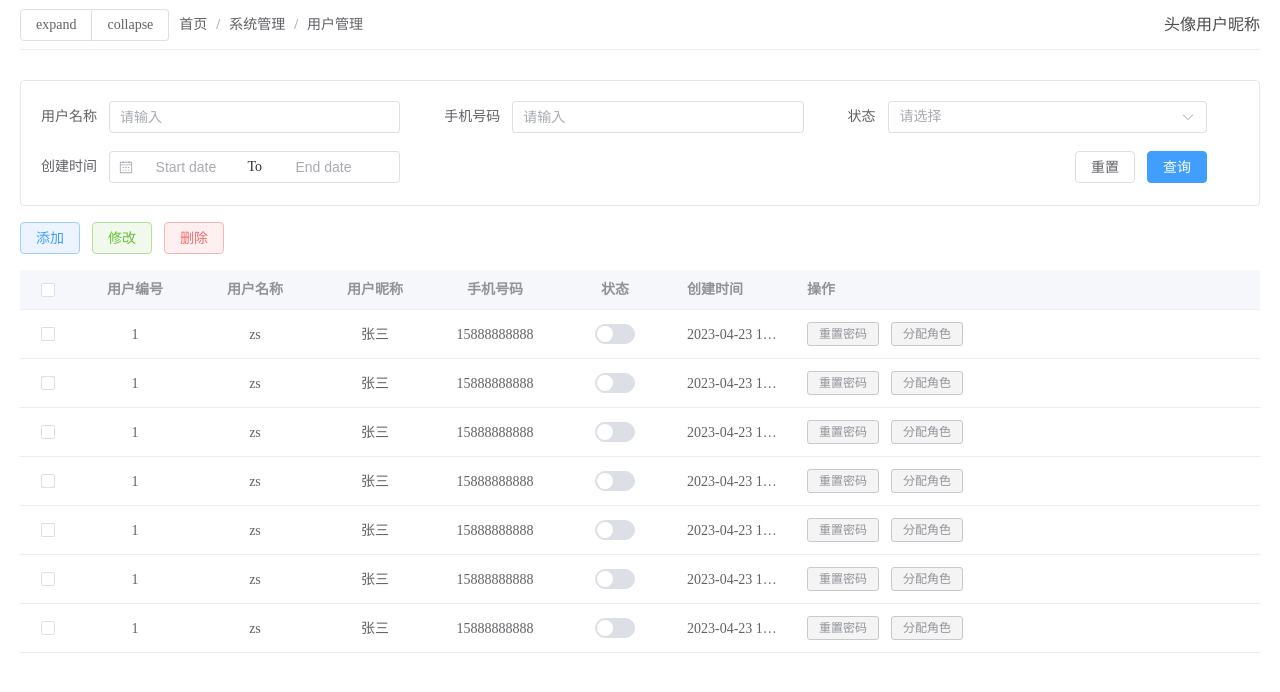
Repository: 202100202078/SignInBox
Page: /admin/system/user
The author's editor kept a copy of each file at every save. The page is drawn from the files as they stood at one save, then again after the next save.
The browser window is 1280 px wide. The pictures show the whole page.
The project was rebuilt for these pictures with package versions that can differ from the ones it lists, and the page was loaded fresh each time. Also part of the build but not shown: vite.config.js, src/components/PageFooter.vue, src/components/TableLayout.vue, src/components/ToolTip.vue, src/assets/fonts/iconfont/iconfont.js.

Above is the page before, as saved 2024-01-29 18:50:52.

### src/components/FilterLayout.vue
<script setup>
defineProps({
  label1: String,
  label2: String,
  defaultShow1: {
    type: Boolean,
    default: true
  },
  defaultShow2: {
    type: Boolean,
    default: true
  },
  isShow: Boolean,
  showCollapse: Boolean
})
const emit = defineEmits(['reset', 'query', 'trigger'])
//暴露重置方法和查询方法以及展开
const reset = () => {
  //获取form对象重置数据即可
  //通知父级reset数据
  emit('reset')
}
const query = () => {
  //通知父级进行筛选数据
  emit('query')
}
const trigger = () => {
  //通知父级进行表单的展示/隐藏
  emit('trigger')
}
// defineExpose({
//   reset,
//   query,
//   trigger
// })
</script>

<template>
  <div class="filter-card">
    <el-card shadow="never" :body-style="{ 'padding-bottom': '4px' }">
      <el-form :inline="true">
        <el-form-item :label="label1" v-if="defaultShow1">
          <el-input placeholder="请输入"></el-input>
        </el-form-item>
        <el-form-item :label="label2" v-if="defaultShow2">
          <el-input placeholder="请输入"></el-input>
        </el-form-item>
        <slot></slot>
        <el-form-item class="btns">
          <el-button @click="reset">重置</el-button>
          <el-button type="primary" @click="query">查询</el-button>
          <span class="trigger" @click="trigger" v-if="showCollapse"
            >展开
            <span
              :class="{
                iconfont: true,
                'icon-xiala': !isShow,
                'icon-shouqi': isShow
              }"
            ></span
          ></span>
        </el-form-item>
      </el-form>
    </el-card>
  </div>
</template>

<style lang="scss" scoped>
.filter-card {
  margin-bottom: 16px;
  width: 1240px;
  .el-form {
    display: flex;
    justify-content: space-between;
    align-items: center;
    flex-wrap: wrap;
    .el-form-item {
      width: 30%;
      .el-select {
        width: 100%;
      }
    }
    .btns {
      :deep .el-form-item__content {
        display: flex;
        justify-content: flex-end;
        .trigger {
          margin-left: 12px;
          color: #409eff;
          cursor: pointer;
          transition: all 0.3s;
          &:hover {
            color: #79bbff;
          }
        }
      }
    }
  }
}
</style>

### src/assets/style/base.scss
* {
  margin: 0px;
  padding: 0px;
  box-sizing: border-box;
}

.icon {
  width: 1em;
  height: 1em;
  vertical-align: -0.15em;
  fill: currentColor;
  overflow: hidden;
}

.el-menu {
  border:0!important;
}

ul {
  list-style:none;
}

li {
  list-style-type:none;
}

a {
	text-decoration: none; /* 去除默认的下划线 */
	outline: none;	/* 去除旧版浏览器的点击后的外虚线框 */
	color: #000;	/* 去除默认的颜色和点击后变化的颜色 */
}

// 阿里字体图标设置
.icon, .iconfont {
  font-family:"iconfont" !important;
  font-size:16px;
  font-style:normal;
  -webkit-font-smoothing: antialiased;
  -webkit-text-stroke-width: 0.2px;
  -moz-osx-font-smoothing: grayscale;
}

### src/assets/fonts/iconfont/iconfont.css
@font-face {
  font-family: "iconfont"; /* Project id 4345534 */
  src: url('iconfont.woff2?t=1703642635456') format('woff2'),
       url('iconfont.woff?t=1703642635456') format('woff'),
       url('iconfont.ttf?t=1703642635456') format('truetype');
}

.iconfont {
  font-family: "iconfont" !important;
  font-size: 16px;
  font-style: normal;
  -webkit-font-smoothing: antialiased;
  -moz-osx-font-smoothing: grayscale;
}

.icon-yunyingbaobiao:before {
  content: "\e620";
}

.icon-jiekou1:before {
  content: "\e694";
}

.icon-jiaoseguanli:before {
  content: "\e618";
}

.icon-dingshirenwu:before {
  content: "\e651";
}

.icon-daimashengcheng:before {
  content: "\e636";
}

.icon-a-Icon-line-hamburger-right1x:before {
  content: "\e84c";
}

.icon-a-Icon-line-hamburger-left1x:before {
  content: "\e84d";
}

.icon-a-shujujiankong2:before {
  content: "\e628";
}

.icon-a-zaixianyonghu2:before {
  content: "\e629";
}

.icon-shouqi:before {
  content: "\e6b8";
}

.icon-xiala:before {
  content: "\e6b9";
}

.icon-gantanhao-quan:before {
  content: "\e70f";
}

.icon-yuandianxiao:before {
  content: "\e757";
}

.icon-duihao:before {
  content: "\eaf1";
}

.icon-fuzhi:before {
  content: "\ec7a";
}

.icon-shuaxin:before {
  content: "\e8b9";
}

.icon-shezhi:before {
  content: "\e642";
}

.icon-midutu:before {
  content: "\e749";
}

.icon-wodedingdan:before {
  content: "\e655";
}

.icon-admin-manage:before {
  content: "\e60e";
}

.icon-xiaolian:before {
  content: "\e8ab";
}

.icon-chongzhi:before {
  content: "\e60b";
}

.icon-jiekou:before {
  content: "\e607";
}

.icon-4_square_solid:before {
  content: "\e64d";
}

.icon-1_square_solid:before {
  content: "\e64e";
}

.icon-5_square_solid:before {
  content: "\e64c";
}

.icon-3_square_solid:before {
  content: "\e64f";
}

.icon-2_square_solid:before {
  content: "\e650";
}

### src/views/admin/layout/SystemPage.vue
<script setup>
import { useRouter } from 'vue-router'
import { useUserStore } from '@/stores/modules/user.js'
import MySlider from './conponents/MySlider.vue'
const userStore = useUserStore()
const router = useRouter()

const handleAvatarCommand = async (command) => {
  //如果是退出登录需要清除本地用户信息
  // console.log('清除本地用户信息')
  if (command === '/login') {
    await ElMessageBox.confirm('你确认退出登录吗？', '温馨提示', {
      type: 'warning',
      confirmButtonText: '确认',
      cancelButtonText: '取消'
    })
    userStore.setToken('')
    // userStore.setUser({})
    // router.push(`/login`)
  } else {
    // router.push(`/user/${command}`)
  }
  router.push(command)
}

// Tab标签相关
// let tabIndex = 2
// const editableTabsValue = ref('2')
// const editableTabs = ref([
//   {
//     title: 'Tab 1',
//     name: '1',
//     content: 'Tab 1 content'
//   },
//   {
//     title: 'Tab 2',
//     name: '2',
//     content: 'Tab 2 content'
//   }
// ])

// const handleTabsEdit = (targetName, action) => {
//   if (action === 'add') {
//     const newTabName = `${++tabIndex}`
//     editableTabs.value.push({
//       title: 'New Tab',
//       name: newTabName,
//       content: 'New Tab content'
//     })
//     editableTabsValue.value = newTabName
//   } else if (action === 'remove') {
//     const tabs = editableTabs.value
//     let activeName = editableTabsValue.value
//     if (activeName === targetName) {
//       tabs.forEach((tab, index) => {
//         if (tab.name === targetName) {
//           const nextTab = tabs[index + 1] || tabs[index - 1]
//           if (nextTab) {
//             activeName = nextTab.name
//           }
//         }
//       })
//     }

//     editableTabsValue.value = activeName
//     editableTabs.value = tabs.filter((tab) => tab.name !== targetName)
//   }
// }
</script>

<template>
  <div class="system-layout">
    <el-container style="height: 100%">
      <el-container>
        <el-header>
          <div class="header-top">
            <div class="header-top-left">
              <el-radio-group v-model="isCollapse" class="collapseBtns">
                <el-radio-button :label="false">expand</el-radio-button>
                <el-radio-button :label="true">collapse</el-radio-button>
              </el-radio-group>
              <el-breadcrumb separator="/">
                <el-breadcrumb-item
                  v-for="(item, index) in $route.meta.breadInfo"
                  :key="index"
                  >{{ item }}</el-breadcrumb-item
                >
              </el-breadcrumb>
            </div>
            <div class="header-top-right">
              <el-dropdown @command="handleAvatarCommand">
                <span class="el-dropdown-link">
                  <span>头像</span>
                  <span>用户昵称</span>
                </span>
                <template #dropdown>
                  <el-dropdown-menu>
                    <el-dropdown-item command="/home/user"
                      >个人中心</el-dropdown-item
                    >
                    <el-dropdown-item command="/login"
                      >退出登录</el-dropdown-item
                    >
                  </el-dropdown-menu>
                </template>
              </el-dropdown>
            </div>
          </div>
          <!-- <div class="header-bottom">
            <el-tabs
              v-model="editableTabsValue"
              type="card"
              editable
              class="my-tabs"
              @edit="handleTabsEdit"
            >
              <el-tab-pane label="首页" :closeable="false">32444444444444</el-tab-pane>
              <el-tab-pane
                v-for="item in editableTabs"
                :key="item.name"
                :label="item.title"
                :name="item.name"
              >
                {{ item.content }}
              </el-tab-pane>
            </el-tabs>
          </div> -->
        </el-header>
        <el-main>
          <router-view></router-view>
        </el-main>
      </el-container>
    </el-container>
  </div>
</template>

<style lang="scss" scoped>
.system-layout {
  height: 100vh;
  .el-aside {
    transition: all 0.5s;
  }
  .system-layout-aside {
    height: 100%;
    .logo-show {
      height: 50px;
      text-align: center;
      cursor: pointer;
      .logo {
        margin-right: 4px;
        width: 28px;
        vertical-align: middle;
      }
      .title {
        display: inline-block;
        font-size: 14px;
        line-height: 50px;
        font-weight: 600;
        vertical-align: middle;
        color: #fff;
      }
    }
  }

  .header-top {
    height: 50px;
    display: flex;
    justify-content: space-between;
    align-items: center;
    border-bottom: 1px solid #eee;
    .header-top-left {
      display: flex;
      align-items: center;
      .collapseBtns {
        margin-right: 10px;
      }
    }
    .header-top-right {
      margin-left: 6px;
      display: flex;
      align-items: center;
      font-size: 16px;
      border-radius: 6px;
      height: 56px;
      line-height: 56px;
      &:hover {
        background-color: rgba(0, 0, 0, 0.1);
        color: rgba(0, 0, 0, 1);
        transition: color 0.3s;
      }
      .el-dropdown {
        :deep(:focus-visible) {
          outline: none;
        }
        .el-dropdown-link {
          cursor: pointer;
          color: rgba(0, 0, 0, 0.7);
          font-size: 16px;
          display: flex;
          align-items: center;
        }
      }
    }
  }
}
.icon {
  vertical-align: middle;
  margin-right: 5px;
  width: 24px;
  text-align: center;
  font-size: 18px;
  color: #fff;
}
</style>

### src/views/admin/system/components/MyDialog.vue
<script setup>
import { ref } from 'vue'
const dialogFormVisible = ref(false)

const props = defineProps({
  title: String
})

const open = () => {
  dialogFormVisible.value = true
}

const confirm = () => {
  dialogFormVisible.value = false
  console.log(props.title)
  if (props.title === '添加菜单') {
    emit('onAddConfirm')
  } else if (props.title === '编辑菜单') {
    emit('onEditConfirm')
  } else if (props.title === '添加子菜单') {
    emit('onAddChildConfirm')
  }
}

const emit = defineEmits(['onConfirm'])

defineExpose({
  open
})
</script>

<template>
  <el-dialog v-model="dialogFormVisible" :title="title" align-center>
    <slot name="form">
      <div>我是内部表单</div>
    </slot>
    <template #footer>
      <span class="dialog-footer">
        <el-button @click="dialogFormVisible = false">Cancel</el-button>
        <el-button type="primary" @click="confirm"> Confirm </el-button>
      </span>
    </template>
  </el-dialog>
</template>

### src/views/admin/layout/conponents/MySlider.vue
<script setup>
import { useRoute } from 'vue-router'
import { ref } from 'vue'
import { onMounted } from 'vue'
const route = useRoute()

const isCollapse = ref(false)
const activeIndex = ref('')

onMounted(() => {
  // 页面刷新使得侧边栏为当前激活路由
  activeIndex.value = route.path
})
</script>

<template>
  <el-aside
    width="200px"
    :style="{ width: isCollapse ? '64px' : '200px' }"
    class="el-aside"
  >
    <div
      :style="{
        backgroundColor: variables.menuBackground
      }"
      class="system-layout-aside"
    >
      <div
        class="logo-show"
        :style="{
          'padding-top': isCollapse ? '16px' : '0',
          transition: '1.5s'
        }"
      >
        <a @click="$router.replace('/admin/index')">
          <img src="@/assets/avg/logo.svg" alt="logo" class="logo" />
          <h1
            class="title"
            :style="{
              opacity: isCollapse ? 0 : 1,
              transition: '0.5s',
              color: isCollapse ? '#545c64' : '#fff'
            }"
          >
            API-BOX管理系统
          </h1>
        </a>
      </div>
      <el-menu
        active-text-color="#ffd04b"
        background-color="#545c64"
        class="el-menu-vertical-demo"
        :default-active="activeIndex"
        text-color="#fff"
        @open="handleOpen"
        @close="handleClose"
        :collapse="isCollapse"
        :unique-opened="true"
        router
      >
        <el-menu-item index="/admin/index">
          <el-icon><House /></el-icon>
          <span>首页</span>
        </el-menu-item>
        <el-sub-menu index="2">
          <template #title>
            <el-icon><Setting /></el-icon>
            <span>系统管理</span>
          </template>
          <el-menu-item index="/admin/system/user">
            <el-icon><User /></el-icon>
            <span>用户管理</span>
          </el-menu-item>
          <el-menu-item index="/admin/system/role">
            <svg class="icon" aria-hidden="true">
              <use xlink:href="#icon-jiaoseguanli"></use>
            </svg>
            <span>角色管理</span>
          </el-menu-item>
          <el-menu-item index="/admin/system/menu">
            <svg class="icon" aria-hidden="true">
              <use xlink:href="#icon-yunyingbaobiao"></use>
            </svg>
            <span>菜单管理</span>
          </el-menu-item>
        </el-sub-menu>
        <el-sub-menu index="3">
          <template #title>
            <el-icon><Odometer /></el-icon>
            <span>系统监控</span>
          </template>
          <el-menu-item index="3-1">
            <svg class="icon" aria-hidden="true">
              <use xlink:href="#icon-a-zaixianyonghu2"></use>
            </svg>
            <span>在线用户</span>
          </el-menu-item>
          <el-menu-item index="3-2">
            <svg class="icon" aria-hidden="true">
              <use xlink:href="#icon-dingshirenwu"></use>
            </svg>
            <span>定时任务</span>
          </el-menu-item>
          <el-menu-item index="3-3">
            <svg class="icon" aria-hidden="true">
              <use xlink:href="#icon-a-shujujiankong2"></use>
            </svg>
            <span>数据监控</span>
          </el-menu-item>
        </el-sub-menu>
        <el-sub-menu index="4">
          <template #title>
            <el-icon><FirstAidKit /></el-icon>
            <span>系统工具</span>
          </template>
          <el-menu-item index="4-1">
            <svg class="icon" aria-hidden="true">
              <use xlink:href="#icon-yunyingbaobiao"></use>
            </svg>
            <span>表单构建</span>
          </el-menu-item>
          <el-menu-item index="4-3">
            <svg class="icon" aria-hidden="true">
              <use xlink:href="#icon-jiekou1"></use>
            </svg>
            <span>系统接口</span>
          </el-menu-item>
        </el-sub-menu>
      </el-menu>
    </div>
  </el-aside>
</template>

<style scoped lang="scss"></style>

Loaded but not shown: index.html (common file); src/App.vue (common file); src/router/index.js (128 lines, source omitted); src/main.js (20 lines, source omitted); src/stores/modules/user.js (22 lines, source omitted); src/stores/index.js (10 lines, source omitted); src/views/admin/system/UserManagement.vue (289 lines, source omitted)

After the next save:
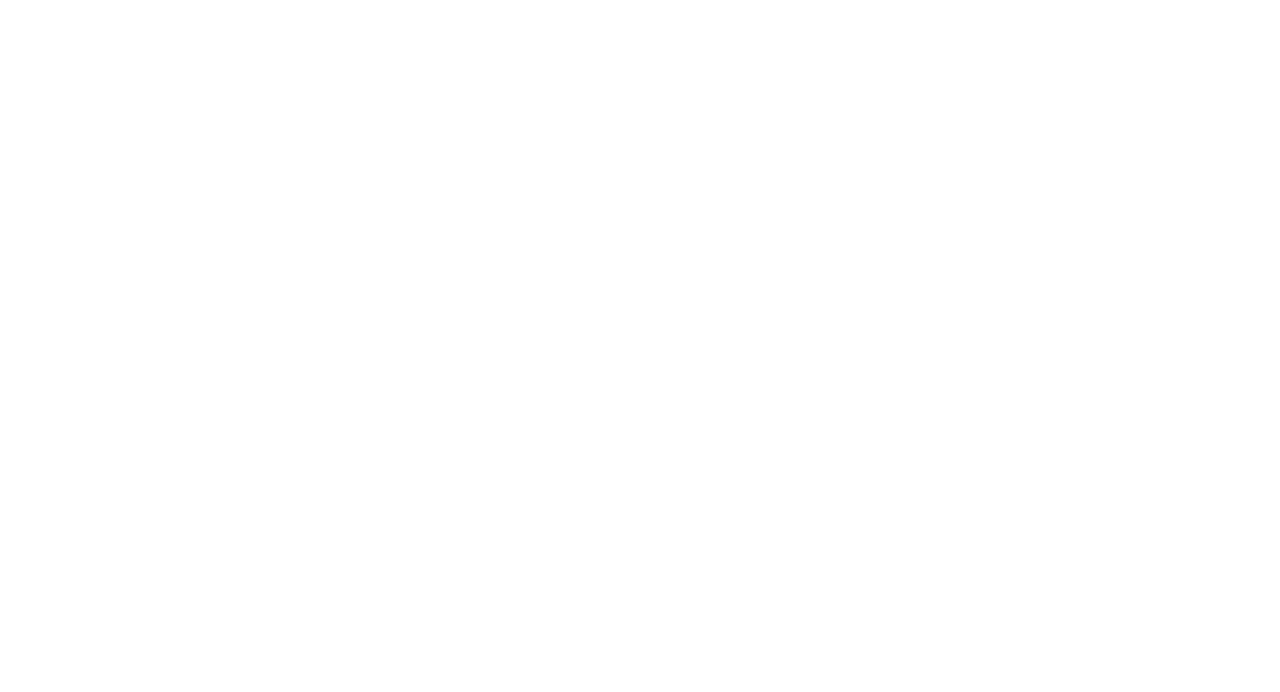
Console error: TypeError: Cannot read properties of undefined (reading 'menuBackground')
Saved 66 s later.
--- a/src/views/admin/layout/SystemPage.vue
+++ b/src/views/admin/layout/SystemPage.vue
@@ -71,6 +71,7 @@
 <template>
   <div class="system-layout">
     <el-container style="height: 100%">
+      <MySlider></MySlider>
       <el-container>
         <el-header>
           <div class="header-top">

After the save that followed:
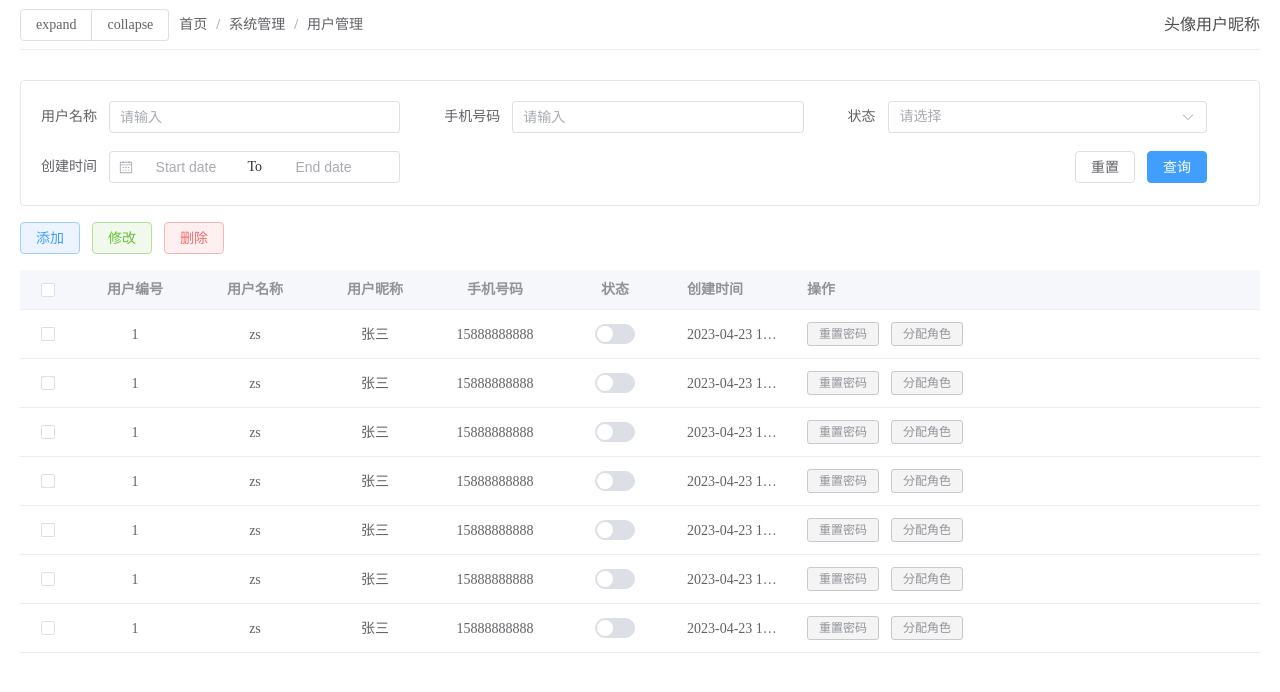
The error is gone.
Saved 13 s later.
--- a/src/views/admin/layout/SystemPage.vue
+++ b/src/views/admin/layout/SystemPage.vue
@@ -71,7 +71,6 @@
 <template>
   <div class="system-layout">
     <el-container style="height: 100%">
-      <MySlider></MySlider>
       <el-container>
         <el-header>
           <div class="header-top">
